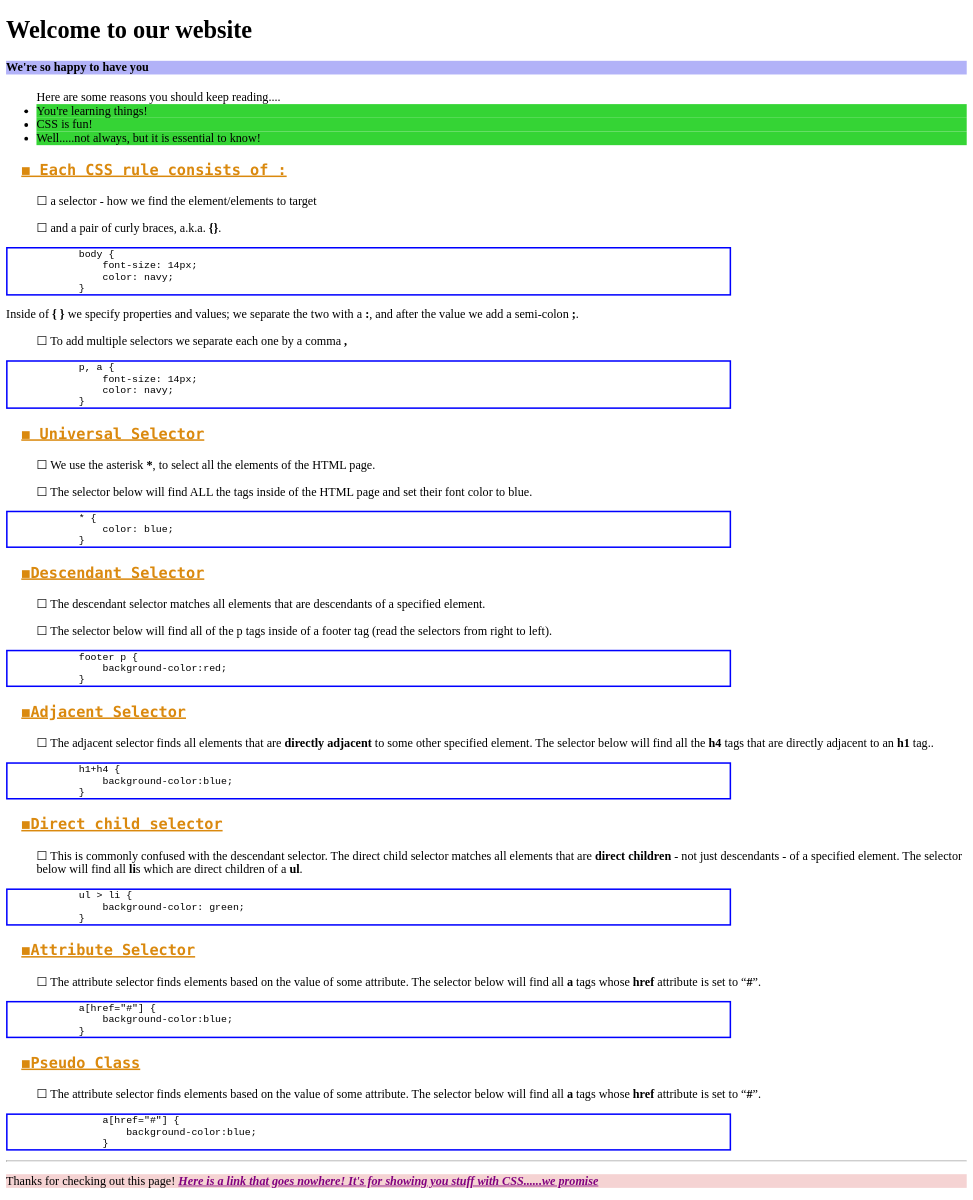
Repository: AnnaSpirit/Tests__
Page: CSS/Useful_Selectors.html
An editor plug-in stored every save of this project. The page is shown before and after the next save, followed by the edit.
The browser window is 1280 px wide. The pictures show the whole page, at 76% of full size.

Above is the page before, as saved 2024-04-01 17:55:49.

### CSS/Useful_Selectors.html
<!DOCTYPE html>
<html lang="en">
<head>
    <meta charset="UTF-8">
    <meta name="viewport" content="width=device-width, initial-scale=1.0">
    <title>Useful Selectors</title>
    <link rel="stylesheet" href="style_Selectors.css">
</head>
<body>
    <header>
        <h1>Welcome to our website</h1>
        <h4>We're so happy to have you</h4>
    </header>
    <section>
        <ul> Here are some reasons you should keep reading....
            <li>You're learning things!</li>
            <li>CSS is fun!</li>
            <li>Well.....not always, but it is essential to know!</li>
        </ul>
    </section>
    <section>
        <h3 style="padding-left: 20px;"> &#9724; Each CSS rule consists of :</h3>
            <p style="padding-left: 40px;"> &#9744; a selector - how we find the element/elements to target</p>
            <p style="padding-left: 40px;"> &#9744; and a pair of curly braces, a.k.a. <b>{}</b>.</p>
    <span >
        <pre style="border: 2px solid blue; margin-right: 310px">
            body {
                font-size: 14px;
                color: navy;
            }</pre></span>
    <p>Inside of <b>{ }</b> we specify properties and values; we separate the two with a <b>:</b>, and after the value we add a semi-colon <b>;</b>.</p>
            <p style="padding-left: 40px;"> &#9744; To add multiple selectors we separate each one by a comma <b>,</b></p>
    <span>
        <pre style="border: 2px solid blue; margin-right: 310px">
            p, a {
                font-size: 14px;
                color: navy;
            }</pre>
        </span>
        <h3 style="padding-left: 20px;"> &#9724; Universal Selector</h3>
        <p style="padding-left: 40px;">&#9744; We use the asterisk <b>*</b>, to select all the elements of the HTML page.</p>
        <p style="padding-left: 40px;">&#9744; The selector below will find ALL the tags inside of the HTML page and set their font color to blue.</p>
    <span>
        <pre style="border: 2px solid blue; margin-right: 310px">
            * {
                color: blue;
            }</pre>
    </span>
    <h3 style="padding-left: 20px;"> &#9724;Descendant Selector</h3>
    <p style="padding-left: 40px;">&#9744; The descendant selector matches all elements that are descendants of a specified element.</p>
    <p style="padding-left: 40px;">&#9744; The selector below will find all of the p tags inside of a footer tag (read the selectors from right to left).</p>
    <span>
        <pre style="border: 2px solid blue; margin-right: 310px">
            footer p {
                background-color:red;
            }</pre>
    </span>
    <h3 style="padding-left: 20px;"> &#9724;Adjacent Selector</h3>
    <p style="padding-left: 40px;">&#9744; The adjacent selector finds all elements that are <b>directly adjacent</b> to some other specified element. The selector below
    will find all the <b>h4</b> tags that are directly adjacent to an <b>h1</b> tag..</p>
    <span>
        <pre style="border: 2px solid blue; margin-right: 310px">
            h1+h4 {
                background-color:blue;
            }</pre>
    </span>
    <h3 style="padding-left: 20px;"> &#9724;Direct child selector</h3>
    <p style="padding-left: 40px;">&#9744; This is commonly confused with the descendant selector. The direct child selector matches all elements that are <b>direct
    children</b> - not just descendants - of a specified element. The selector below will find all <b>li</b>s which are direct children
    of a <b>ul</b>.</p>
    <span>
        <pre style="border: 2px solid blue; margin-right: 310px">
            ul > li {
                background-color: green;
            }</pre>
    </span>
    <h3 style="padding-left: 20px;"> &#9724;Attribute Selector</h3>
    <p style="padding-left: 40px;">&#9744; The attribute selector finds elements based on the value of some attribute. The selector below will find all <b>a</b> tags
    whose <b>href</b> attribute is set to “<b>#</b>”.</p>
    <span>
        <pre style="border: 2px solid blue; margin-right: 310px">
            a[href="#"] {
                background-color:blue;
            }</pre>
    </span>

    <h3 style="padding-left: 20px;"> &#9724;Pseudo Class</h3>
    <p></p>
    <p style="padding-left: 40px;">&#9744; The attribute selector finds elements based on the value of some attribute. The
        selector below will find all <b>a</b> tags
        whose <b>href</b> attribute is set to “<b>#</b>”.</p>
    <span>
        <pre style="border: 2px solid blue; margin-right: 310px">
                a[href="#"] {
                    background-color:blue;
                }</pre>
    </span>

    </section>
    <hr>
    <footer>

        <p>
            Thanks for checking out this page!
            <a href="#">Here is a link that goes nowhere! It's for showing you stuff with CSS......we promise</a>
        </p>
    </footer>
</body>
</html>

### CSS/style_Selectors.css
/* Universal Selector */
/* * {
    color: brown;
} */
ul>li {
    background-color: rgb(53, 212, 53);
}

h3{
    color: rgb(218, 137, 14);
    font-family: "Lucida Console", Monaco, monospace;
    font-size: 20px;
    color: #DA890E;
    text-decoration: underline rgb(218, 137, 14);
}
h1+h4 {
    background-color: rgb(178, 178, 248);
}
a[href="#"] {
    color: purple;
    font-weight: bold;
    font-style: italic;
}

footer p {
    background-color: rgb(245, 211, 211);
}

After the next save:
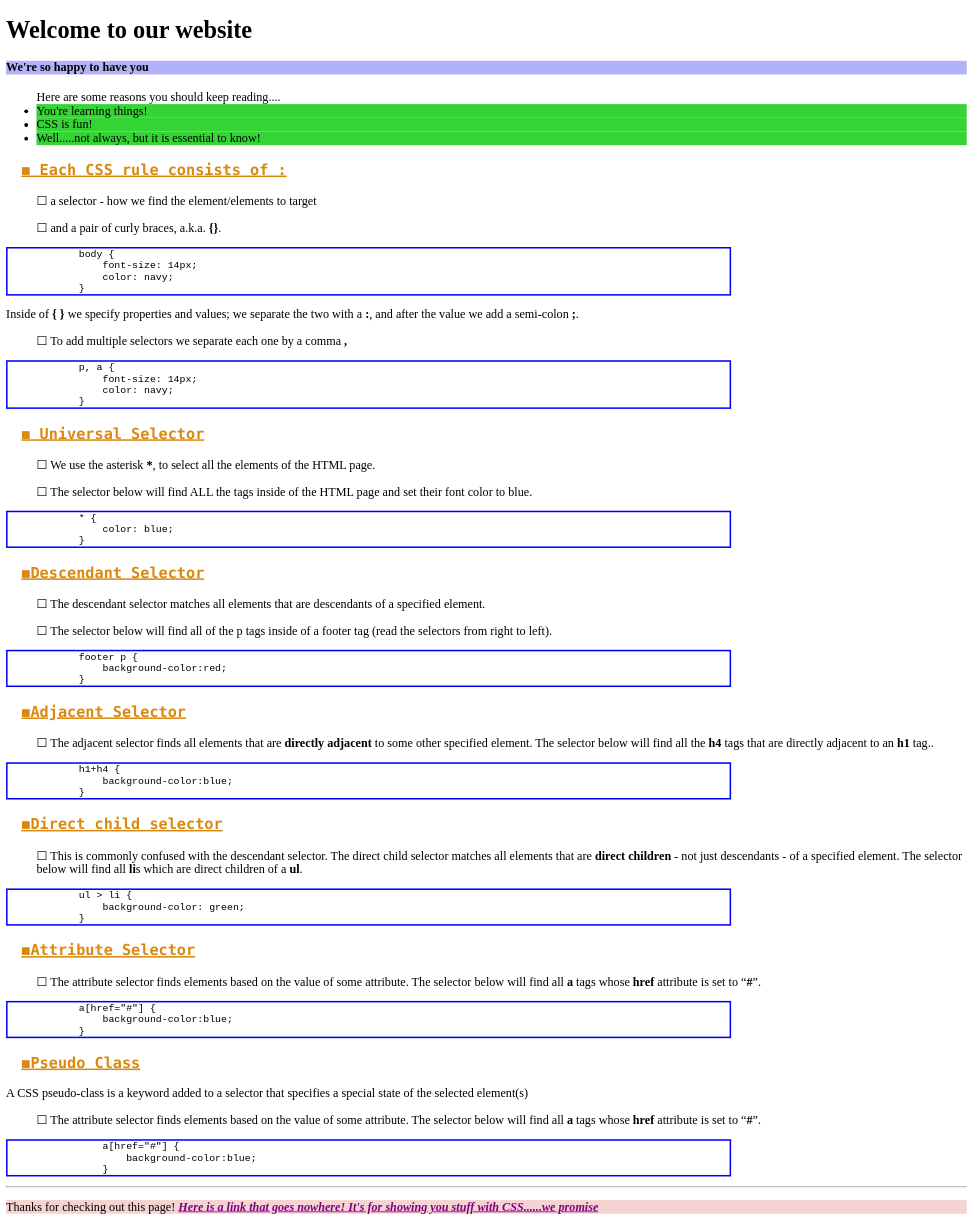
Saved 7 s later.
--- a/CSS/Useful_Selectors.html
+++ b/CSS/Useful_Selectors.html
@@ -85,7 +85,7 @@
     </span>
 
     <h3 style="padding-left: 20px;"> &#9724;Pseudo Class</h3>
-    <p></p>
+    <p>A CSS pseudo-class is a keyword added to a selector that specifies a special state of the selected element(s)</p>
     <p style="padding-left: 40px;">&#9744; The attribute selector finds elements based on the value of some attribute. The
         selector below will find all <b>a</b> tags
         whose <b>href</b> attribute is set to “<b>#</b>”.</p>
